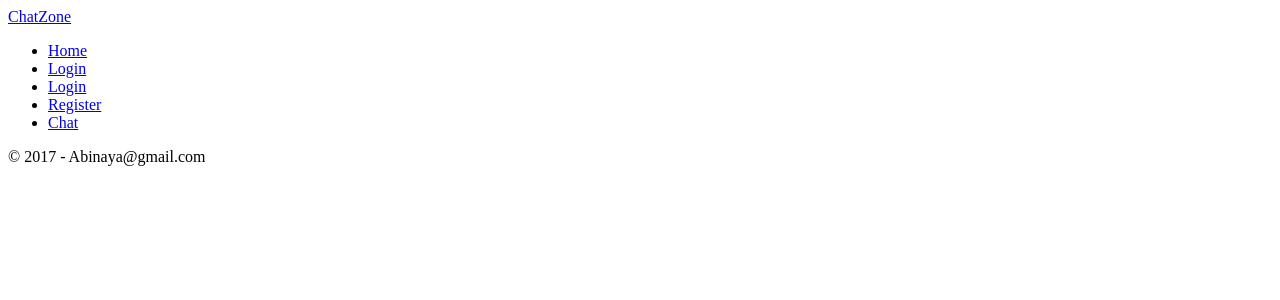
Repository: Abinayasivapraba/Finoculus
Page: LetzChat/WebContent/Home/Header.html
An editor plug-in stored every save of this project. The page is shown before and after the next save, followed by the edit.
The browser window is 1280 px wide. The pictures show the whole page.

Above is the page before, as saved 2017-08-06 23:36:31.

After the next save:
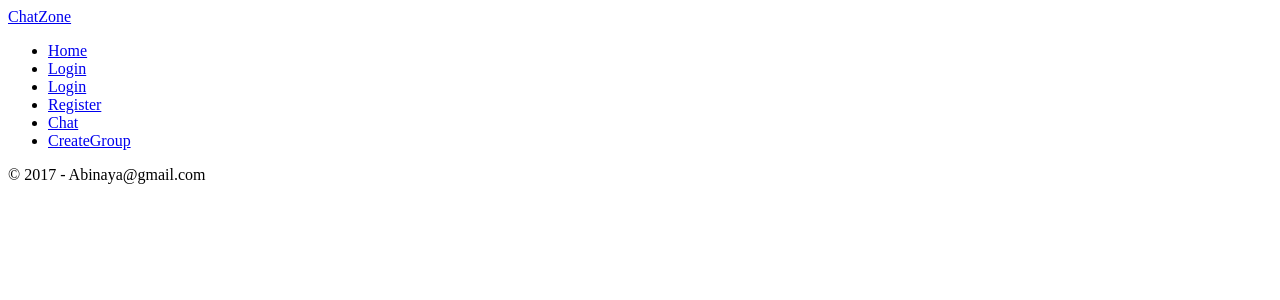
Saved 61 min 50 s later.
--- a/LetzChat/WebContent/Home/Header.html
+++ b/LetzChat/WebContent/Home/Header.html
@@ -19,6 +19,7 @@
 
       <li><a href="#/goRegister">Register</a></li>
       <li><a href="#/chat">Chat</a></li>
+      <li ng-show="CreateGroup" ng-if ="currentuser.role=admin"><a href="#/createGroup">CreateGroup</a></li>
       </ul>
       </div>
       </nav>
